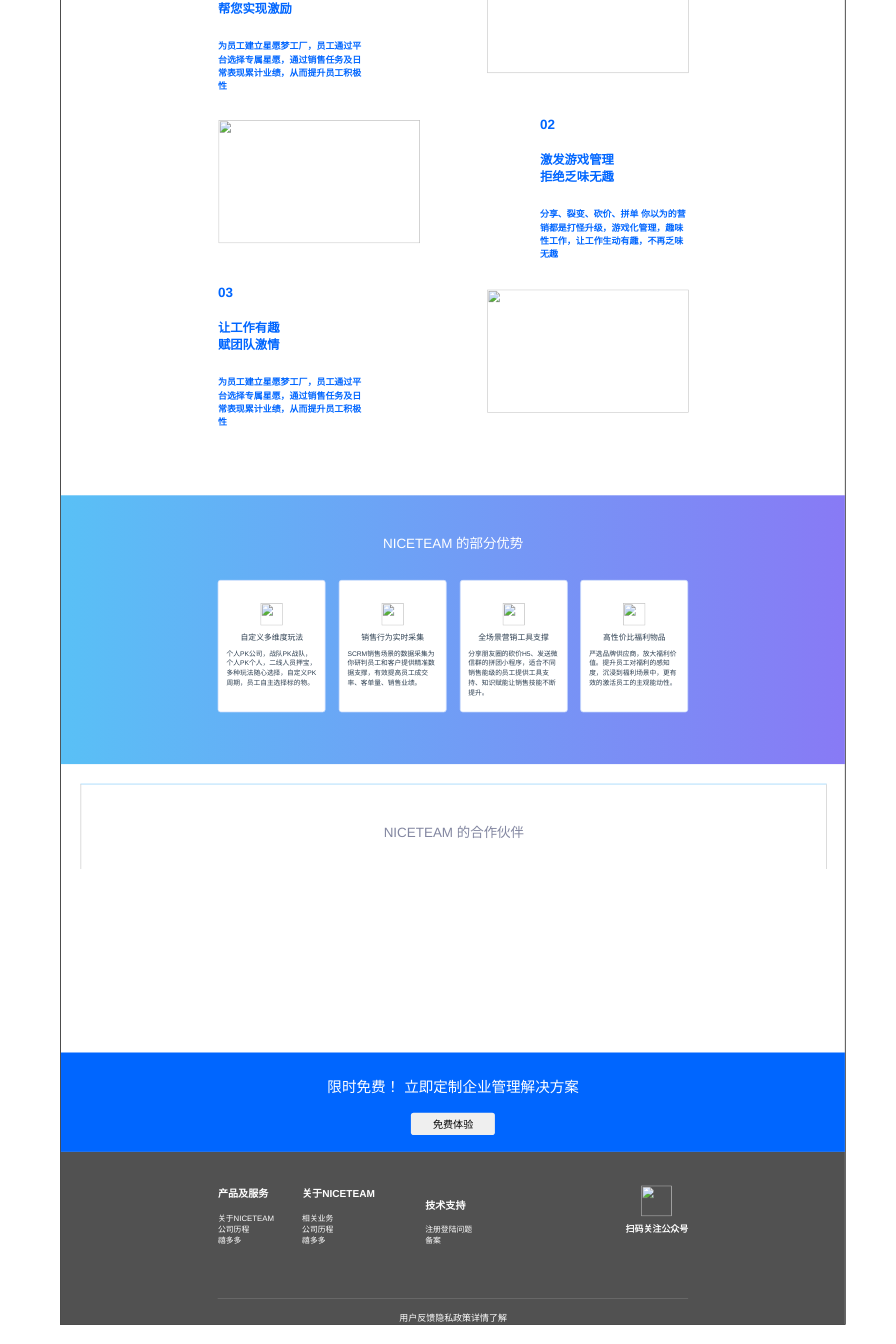
Repository: Alex-2020-0211/xrkj-guanwang
Page: / (app in src/)
An editor plug-in stored every save of this project. The page is shown before and after the next save, followed by the edit.
The browser window is 1280 px wide. The pictures show the part of the page from y = 1142 to 3062 px (the page is 3062 px tall before and 3034 px after), at 70% of full size.
The project was rebuilt for these pictures with package versions that can differ from the ones it lists, and the page was loaded fresh each time. Imported but missing from the stored project, and not drawn on this page: src/src/views/About.vue.

Above is the page before, as saved 2021-01-04 11:49:54.

After the next save:
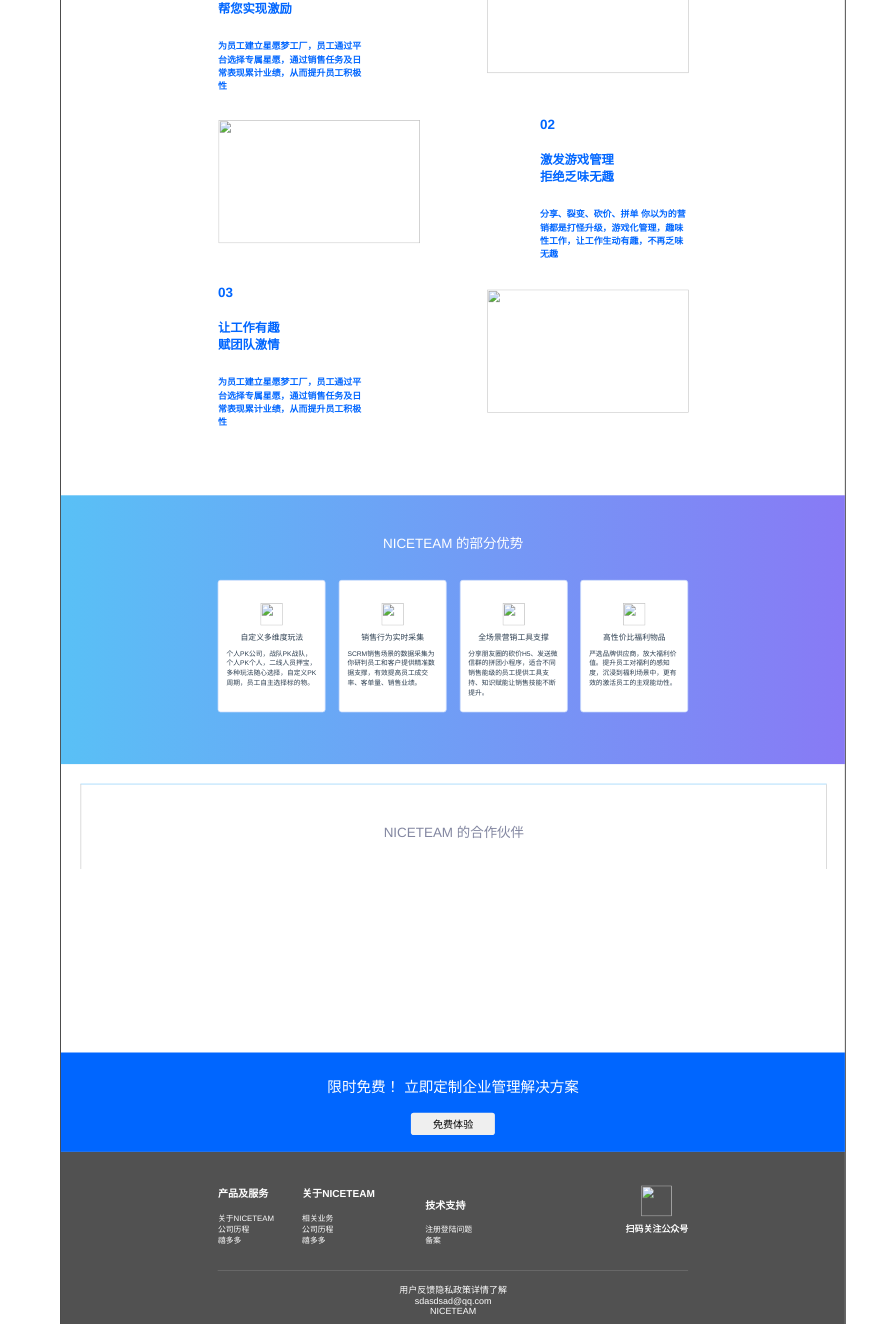
Saved 57 s later.
--- a/src/src/views/Home.vue
+++ b/src/src/views/Home.vue
@@ -499,11 +499,6 @@
             }
             .jishu {
               margin-left: 0.4rem;
-              .asd {
-                width: 20px;
-                height: 20px;
-                margin-top: 20px;
-              }
             }
           }
           .right {
